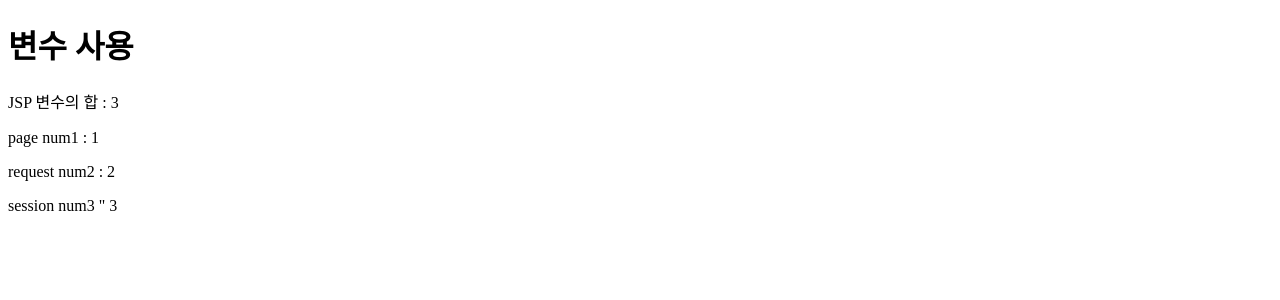
Repository: dnwpdud/WEB_CODES
Page: http://localhost/Web07_EL_JSTL/01_Expression_Language/01_basic.jsp
These files come from the project's save history. The page is drawn as it stood at one moment and after the next save; the edit follows.
The browser window is 1280 px wide. The pictures show the whole page.
The page is served by Tomcat 9.

Above is the page before, as saved 2024-04-05 06:48:54.

After the next save:
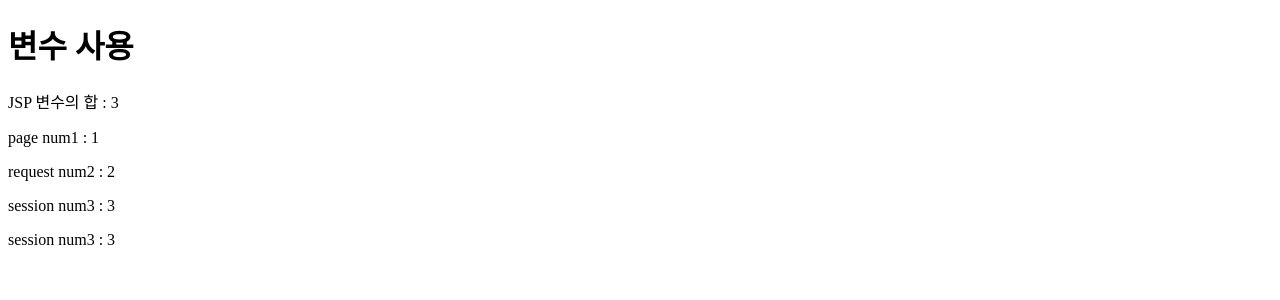
Saved 15 s later.
--- a/Web07_EL_JSTL/src/main/webapp/01_Expression_Language/01_basic.jsp
+++ b/Web07_EL_JSTL/src/main/webapp/01_Expression_Language/01_basic.jsp
@@ -49,6 +49,7 @@
 	 <p>JSP 변수의 합 : <%=number1 + number2 %></p>
 	 <p>page num1 : ${num1 }</p><%-- pageContext.getAttribute("num1") --%>
 	 <p>request num2 : ${num2 }</p><%-- request.getAttribute("num2") --%>
-	 <p>session num3 " ${num3 }</p><%-- session.getAttribute("num3") --%>
+	 <p>session num3 :  ${num3 }</p><%-- session.getAttribute("num3") --%>
+	 	 <p>session num3 : ${num3 }</p><%-- session.getAttribute("num3") --%>
 </body>
 </html>
